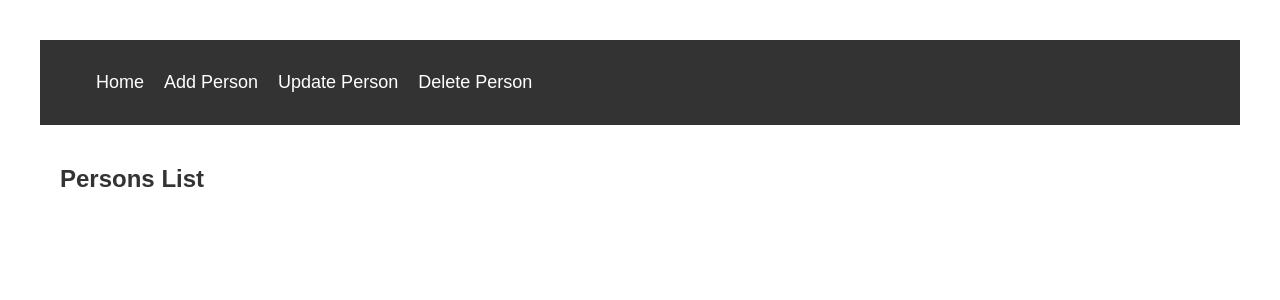
Repository: FilipBienkowski3/WDAI23-24
Page: / (app in services/java/application/react-frontend/)
These files come from the project's save history. The page is drawn as it stood at one moment and after the next save; the edit follows.
The browser window is 1280 px wide. The pictures show the whole page.
The page's requests for data from a server got no answer. The project was rebuilt for these pictures with package versions that can differ from the ones it lists, and the page was loaded fresh each time. A package was used in the major version that the imports need, not the one package.json lists. No one was signed in, and anything a server would have sent is missing. Also part of the build but not shown: services/java/application/react-frontend/src/components/AddPerson.js, services/java/application/react-frontend/src/components/UpdatePerson.js, services/java/application/react-frontend/src/components/DeletePerson.js.

Above is the page before, as saved 2025-01-04 18:44:00.

After the next save:
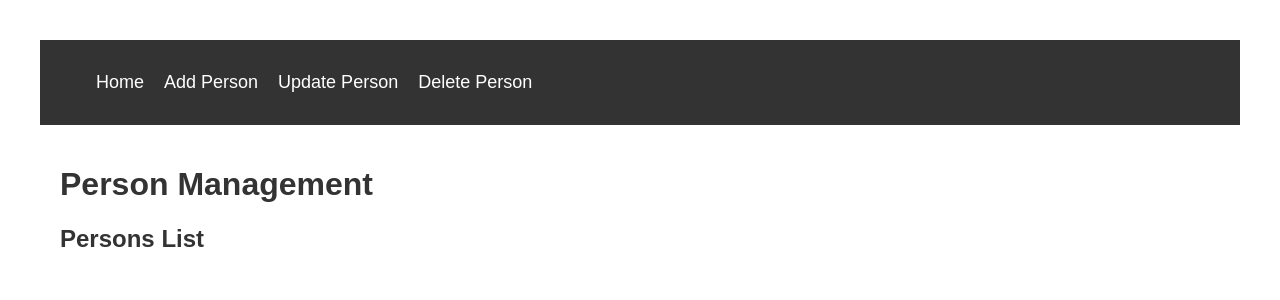
Saved 24 s later.
--- a/services/java/application/react-frontend/src/App.js
+++ b/services/java/application/react-frontend/src/App.js
@@ -1,7 +1,7 @@
 import React from 'react';
 import { BrowserRouter as Router, Route, Switch, Link } from 'react-router-dom';
 import './styles.css';
-import PersonList from './components/PersonList';
+import Home from './components/Home'; // Importuj Home.js
 import AddPerson from './components/AddPerson';
 import UpdatePerson from './components/UpdatePerson';
 import DeletePerson from './components/DeletePerson';
@@ -22,7 +22,7 @@ function App() {
 
         {/* Switch i trasy */}
         <Switch>
-          <Route path="/" exact component={PersonList} />
+          <Route path="/" exact component={Home} /> {/* Ustaw Home jako stronę główną */}
           <Route path="/add" component={AddPerson} />
           <Route path="/update" component={UpdatePerson} />
           <Route path="/delete" component={DeletePerson} />
